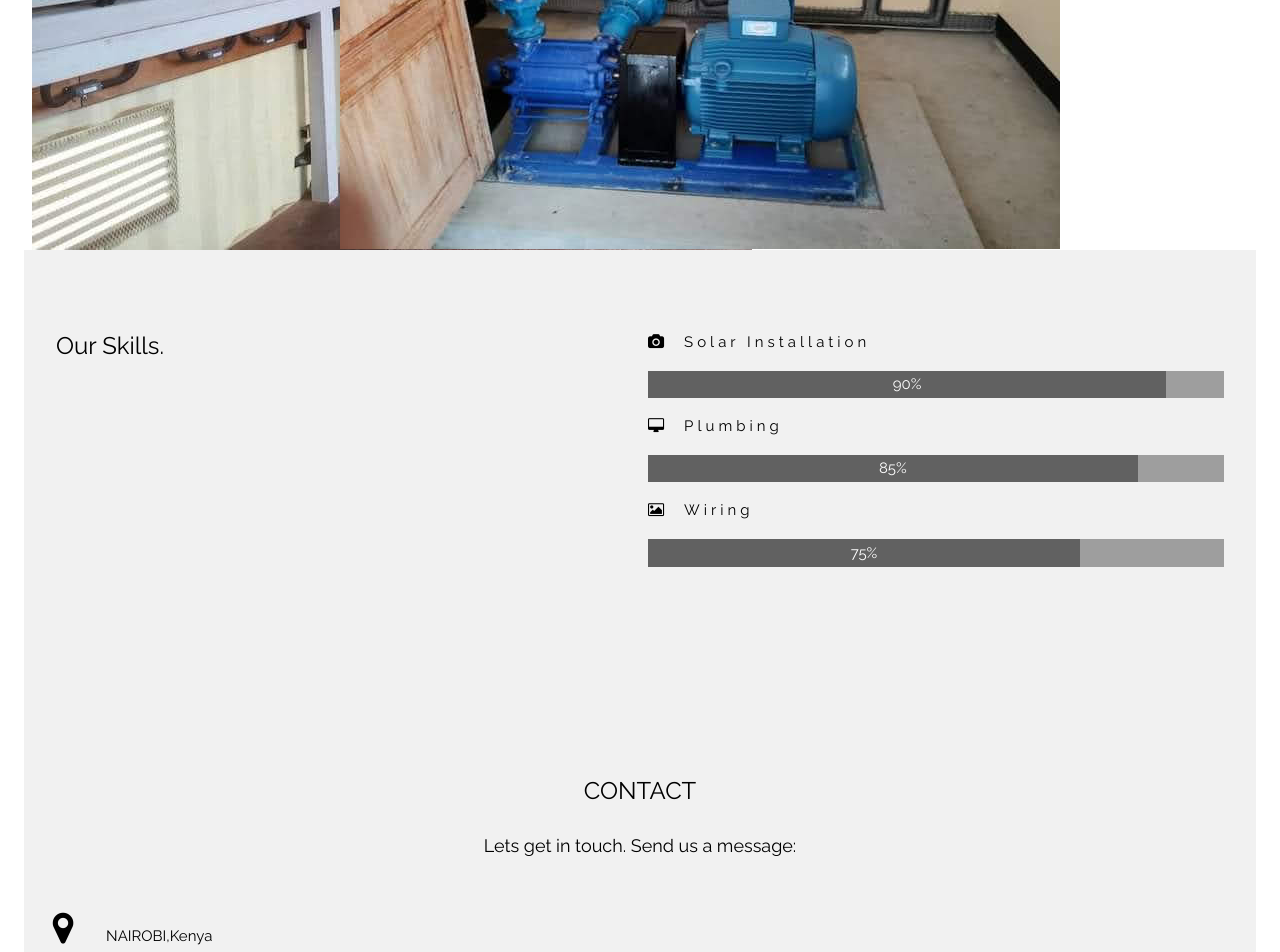
Repository: peterclermy232/LAZCOM
Page: index.html
The author's editor kept a copy of each file at every save. The page is drawn from the files as they stood at one save, then again after the next save.
The browser window is 1280 px wide. The pictures show the part of the page from y = 4359 to 5311 px (the page is 6598 px tall before and 8494 px after).
A picture or video elsewhere on the page could not be fetched, so the positions and the page height are approximate.

Above is the page before, as saved 2022-06-23 08:36:39.

### index.html
<!DOCTYPE html>
<html>
<head>
<title>LAZCOM SOLAR AND ELECTRICALS SERVICES</title>
<meta charset="UTF-8">
<meta name="viewport" content="width=device-width, initial-scale=1">
<link rel="stylesheet" href="https://www.w3schools.com/w3css/4/w3.css">
<link rel="stylesheet" href="https://fonts.googleapis.com/css?family=Raleway">
<link rel="stylesheet" href="https://cdnjs.cloudflare.com/ajax/libs/font-awesome/4.7.0/css/font-awesome.min.css">
<style>
body,h1,h2,h3,h4,h5,h6 {font-family: "Raleway", sans-serif}

body, html {
  height: 100%;
  line-height: 1.8;
}

/* Full height image header */
.bgimg-1 {
  background-position: center;
  background-size: cover;
  background-image: url("images/sunsolar.jpeg");
  min-height: 100%;
}

.w3-bar .w3-button {
  padding: 16px;
}
</style>
</head>
<body>

<!-- Navbar (sit on top) -->
<div class="w3-top">
  <div class="w3-bar w3-white w3-card" id="myNavbar">

    <a href="#home" class="w3-bar-item w3-button w3-wide">
        <img src="images/images.png" alt="" style="width: 45%;">
    </a>
    <!-- Right-sided navbar links -->
    <div class="w3-right w3-hide-small">
      <a href="#about" class="w3-bar-item w3-button">ABOUT</a>
      <a href="#team" class="w3-bar-item w3-button"><i class="fa fa-user"></i> REFERENCES</a>
      <a href="#work" class="w3-bar-item w3-button"><i class="fa fa-th"></i> WORK</a>
      <!--<a href="#pricing" class="w3-bar-item w3-button"><i class="fa fa-usd"></i> PRICING</a>-->
      <a href="#contact" class="w3-bar-item w3-button"><i class="fa fa-envelope"></i> CONTACT</a>
    </div>
    <!-- Hide right-floated links on small screens and replace them with a menu icon -->

    <a href="javascript:void(0)" class="w3-bar-item w3-button w3-right w3-hide-large w3-hide-medium" onclick="w3_open()">
      <i class="fa fa-bars"></i>
    </a>
  </div>
</div>

<!-- Sidebar on small screens when clicking the menu icon -->
<nav class="w3-sidebar w3-bar-block w3-black w3-card w3-animate-left w3-hide-medium w3-hide-large" style="display:none" id="mySidebar">
  <a href="javascript:void(0)" onclick="w3_close()" class="w3-bar-item w3-button w3-large w3-padding-16">Close ×</a>
  <a href="#about" onclick="w3_close()" class="w3-bar-item w3-button">ABOUT</a>
  <a href="#team" onclick="w3_close()" class="w3-bar-item w3-button">REFERENCES</a>
  <a href="#work" onclick="w3_close()" class="w3-bar-item w3-button">WORK</a>
  <!--<a href="#pricing" onclick="w3_close()" class="w3-bar-item w3-button">PRICING</a>-->
  <a href="#contact" onclick="w3_close()" class="w3-bar-item w3-button">CONTACT</a>
</nav>

<!-- Header with full-height image -->
<header class="bgimg-1 w3-display-container w3-grayscale-min" id="home">
  <div class="w3-display-left w3-text-white" style="padding:48px">
    <span class="w3-jumbo w3-hide-small" style="color: green;">Services beyond you expectations</span><br>
    <span class="w3-xxlarge w3-hide-large w3-hide-medium">Start something that matters</span><br>
    <span class="w3-large">Lazcom is here to help you stay in a well ventilate house.</span>
    <p><a href="#about" class="w3-button w3-white w3-padding-large w3-large w3-margin-top w3-opacity w3-hover-opacity-off">Learn more and start today</a></p>
  </div>
  <div class="w3-display-bottomleft w3-text-grey w3-large" style="padding:24px 48px">

</header>

<!-- About Section -->
<div class="w3-container" style="padding:128px 16px" id="about">
  <h3 class="w3-center">ABOUT THE COMPANY</h3>
  <p class="w3-center w3-large">Key features of our company</p>
  <div class="w3-row-padding w3-center" style="margin-top:64px">
    <h3 style="text-align: center;">COMPANY PROFILE</h3>
<p>Lazcom Solar and Electrical Services Limited is a Company registered in Kenya
    in accordance to chap. 486 of Company’s act. Started in 2009 as a sole
    proprietorship, Lazcom Solar has grown in customer base and service and it
    was then registered as a Limited Company in Kenya in 2013.
    We
    specialize
    in
    design,
    selection,
    purchase,
    servicing,
    maintenance,
    replacement, installation, testing and commissioning of all types of green
    energy solutions up to and including solar water heating system, power back up
    systems,Borehole drilling and Equiping, solar water pump installation and to
    carry on business as consultants, advisers and service providers in respect of</p>
</div>
    <div class="">

      <p class="w3-large">Visson</p>
      <p>To be a leading alternative energy solutions provider by offering affordable and
        environmental friendly green energy solar solutions beyond the expectations of
        our clients.</p>
    </div>
    <div class="" style="margin: auto;">

      <p class="w3-large">Mission</p>
      <p>To satisfy our customers by offering efficient, effective, environmental friendly
        and affordable electric light, heating and power supplies using the latest
        technology and state of the art equipment for both commercial and residential
        use in accordance to our clients' needs.</p>
    </div>
</div>
    <div class="image">

        <p style="text-align: center;">Values</p>
        <p style="text-align: center;">Our Values Define our Being:</p>
        <div class="fakeimg">
            <ul>
              <li>We accept that challenges make us stronger and we enjoy the satisfaction of a
                job well done. We take action, make things real, work smart, have fun, and
                maintain a positive outlook in all things we do.</li>
              <li>We lead by example and use honesty, integrity, and open communications in all
                of our interactions.</li>
              <li>We strive to continually grow and improve as individuals, as a team, and as a
                company.</li>
              <li>We maintain a cost conscious attitude, promote increased efficiency, and
                ensure quality, which leads to a competitive edge in the marketplace.</li>
              <li>Sustainability and environmental stewardship through alternative energy
                sources and renewable energy systems is the core of our business, not only in
                our products and services we offer, but also the way we operate.</li>
              <li>We achieve customer satisfaction by honoring our commitments, exceeding
                expectations, and providing the highest quality products and service.</li>
            </ul>
          </div>
      </div>
</div>

<!-- Promo Section - "We know design" -->
<div class="w3-container w3-light-grey" style="padding:128px 16px">
  <div class="w3-row-padding">
    <div class="w3-col m6">
      <p><a href="#work" class="w3-button w3-black"><i class="fa fa-th"> </i> View Our Works</a></p>
    </div>
    <div class="w3-col m6">
      <img class="w3-image w3-round-large" src="images/metal.jpeg" alt="Buildings" width="700" height="394">
    </div>
    <div class="w3-col m6">

      <img class="w3-image w3-round-large" src="images/tank.jpeg" alt="Buildings" width="700" height="394">
    </div>
    <div class="w3-col m6">

      <img class="w3-image w3-round-large" src="images/person2.jpeg" alt="Buildings" width="700" height="394">
    </div>
  </div>
</div>

<!-- Team Section -->
<!-- Promo Section "Statistics" -->
<div class="w3-container w3-row w3-center w3-dark-grey w3-padding-64">
  <div class="w3-quarter">
    <span class="w3-xxlarge">14+</span>
    <br>Partners
  </div>
  <div class="w3-quarter">
    <span class="w3-xxlarge">55+</span>
    <br>Projects Done
  </div>
  <div class="w3-quarter">
    <span class="w3-xxlarge">89+</span>
    <br>Happy Clients
  </div>
  <div class="w3-quarter">
    <span class="w3-xxlarge">150+</span>
    <br>Meetings
  </div>
</div>

<!-- Work Section -->
<div class="w3-container" style="padding:128px 16px" id="work">
  <h3 class="w3-center">OUR WORK</h3>
  <p class="w3-center w3-large">WHAT WE DO</p>

  <div class="w3-row-padding" style="margin-top:64px">
    <div class="w3-col l3 m6">
      <div class="w3-quarter">
        <img src="images/person1.jpeg" alt="">
      </div>

    </div>
   <!-- <div class="w3-col l3 m6">
      <div class="w3-quarter">
        <img src="images/person2.jpeg" alt="">
      </div>
    </div>
    -->
    <div class="w3-col l3 m6">
      <div class="w3-quarter">
        <img src="images/machine.jpeg" alt="">
      </div>
    </div>
  </div>
  <div class="w3-row-padding">
     <!-- <div class="w3-col l3 m6">
    <div class="w3-quarter">
      <img src="images/person2.jpeg" alt="">
    </div>
  </div>

  </div>

  <div class="w3-row-padding" style="margin-top:64px">
    <div class="w3-col l3 m6">
        <ol>
            <li>Designs, installations and Maintainance.</li>
            <li>Solar energy(lighting,water heating,pumping and street lighting)</li>
            <li>Power back-up system installation and maintainance</li>
            <li>Service and maintainance contracts</li>
            <li>Water pumps and Borehole services(Drilling and Equiping).</li>
            <li>General electrical designs and installations.</li>
            <li>Swimming pool design,installation and maintainance.</li>
          </ol>
    </div>
    <div class="w3-col l3 m6">
        <ol>
            <h3>We supply and install:</h3>
            <div>
              <li>Solar panels</li>
              <li>Generators</li>
              <li>Solar batteries</li>
              <li>Water pumps</li>
              <li>Inverters</li>
              <li>Electrical and plumbling</li>
              <li>Solar water heating systems</li>
              <li>Wiring</li>
              </div>
        </ol>
    </div>
    <div class="w3-col l3 m6">
        <h5>P.V application</h5>
        <ol>
          <li>Household appliances e.g. TVs, radio, home theatre, laptops etc</li>
          <li>Water pumping for small scale remote irrigation, stock watering and
            residential use.</li>
          <li>Lighting for residential needs, billboards, security, street lights, parking
            lots, pathways and schools.</li>
          <li>Refrigeration for medical and recreational uses.</li>
        </ol>
    </div>
    <div class="w3-col l3 m6">
        <p>Advantages of solar lighting</p>
  <ol>
    <li>Reliability</li>
    <li>Low operating costs</li>
    <li>Low environmental pollution</li>
    <li>Stand alone capability</li>
    <li>Portability</li>
    <li>Modularity</li>
    <li>Safety</li>
    <li>Ease of installation</li>
  </ol>
    </div>
  </div>

  <div class="w3-row-padding w3-section">
    <div class="w3-col l3 m6">
        <ol class=" flex-column">
            <h6><b>Solar powered water pumping systems (diagrams/pictures)</b></h6>
            <li class="nav-item">
              Grundfos -borehole applications
            </li>
            <li class="nav-item">
              Lorentzs pumps- for shallow wells,boreholes and booster applicati
            </li>
            <li class="nav-item">
              Dayliff pumps- shallow wells,surface and borehole pumps
            </li>
            <li class="nav-item">
              Solar security light
            </li>
            <li class="nav-item">
              Solar powered lanterns
            </li>
            <li class="nav-item">
              Solar garden lights
            </li>
            <li class="nav-item">
              Solar cell phone charger
            </li>
            <li class="nav-item">
              LED bulbs
            </li>
          </ol>
    </div>
    <div class="w3-col l3 m6">
        <p>Advantages of solar water system</p>
        <ol>
          <li>Energy Saving</li>
          <li>Use of free solar energy hence reduction of power bills.</li>
          <li>24 hours hot water</li>
          <li>Long life span-over 20 years</li>
          <li>Maintenance free system</li>
        </ol>
    </div>
    <div class="w3-col l3 m6">
        <p>Advantages of power backup systems</p>
        <ol>
          <li>Standby power in the event of main’s failure</li>
          <li>Alternative to generators which are expensive to maintain and fuel</li>
          <li>Instant and automatic changeover when the mains power fails</li>
          <li>Totally silent and non-polluting operation</li>
          <li>Very low running costs-just the power to charge the batteries</li>
        </ol>
    </div>
    <div class="w3-col l3 m6">
      <img src="/w3images/tech_tableturner.jpg" style="width:100%" onclick="onClick(this)" class="w3-hover-opacity" alt="A tableturner">
    </div>
  </div>
</div>

<!-- Modal for full size images on click-->
<div id="modal01" class="w3-modal w3-black" onclick="this.style.display='none'">
  <span class="w3-button w3-xxlarge w3-black w3-padding-large w3-display-topright" title="Close Modal Image">×</span>
  <div class="w3-modal-content w3-animate-zoom w3-center w3-transparent w3-padding-64">
    <img id="img01" class="w3-image">
    <p id="caption" class="w3-opacity w3-large"></p>
  </div>
</div>

<!-- Skills Section -->
<div class="w3-container w3-light-grey w3-padding-64">
  <div class="w3-row-padding">
    <div class="w3-col m6">
      <h3>Our Skills.</h3>
    <!--  <p>Lorem ipsum dolor sit amet, consectetur adipiscing elit, sed do eiusmod<br>
      tempor incididunt ut labore et dolore.</p>
      <p>Lorem ipsum dolor sit amet, consectetur adipiscing elit, sed do eiusmod<br>
      tempor incididunt ut labore et dolore.</p>
      -->
    </div>
    <div class="w3-col m6">
      <p class="w3-wide"><i class="fa fa-camera w3-margin-right"></i>Solar Installation</p>
      <div class="w3-grey">
        <div class="w3-container w3-dark-grey w3-center" style="width:90%">90%</div>
      </div>
      <p class="w3-wide"><i class="fa fa-desktop w3-margin-right"></i>Plumbing</p>
      <div class="w3-grey">
        <div class="w3-container w3-dark-grey w3-center" style="width:85%">85%</div>
      </div>
      <p class="w3-wide"><i class="fa fa-photo w3-margin-right"></i>Wiring</p>
      <div class="w3-grey">
        <div class="w3-container w3-dark-grey w3-center" style="width:75%">75%</div>
      </div>
    </div>
  </div>
</div>

<!-- Pricing Section
<div class="w3-container w3-center w3-dark-grey" style="padding:128px 16px" id="pricing">
  <h3>PRICING</h3>
  <p class="w3-large">Choose a pricing plan that fits your needs.</p>
  <div class="w3-row-padding" style="margin-top:64px">
    <div class="w3-third w3-section">
      <ul class="w3-ul w3-white w3-hover-shadow">
        <li class="w3-black w3-xlarge w3-padding-32">Basic</li>
        <li class="w3-padding-16"><b>10GB</b> Storage</li>
        <li class="w3-padding-16"><b>10</b> Emails</li>
        <li class="w3-padding-16"><b>10</b> Domains</li>
        <li class="w3-padding-16"><b>Endless</b> Support</li>
        <li class="w3-padding-16">
          <h2 class="w3-wide">$ 10</h2>
          <span class="w3-opacity">per month</span>
        </li>
        <li class="w3-light-grey w3-padding-24">
          <button class="w3-button w3-black w3-padding-large">Sign Up</button>
        </li>
      </ul>
    </div>
    <div class="w3-third">
      <ul class="w3-ul w3-white w3-hover-shadow">
        <li class="w3-red w3-xlarge w3-padding-48">Pro</li>
        <li class="w3-padding-16"><b>25GB</b> Storage</li>
        <li class="w3-padding-16"><b>25</b> Emails</li>
        <li class="w3-padding-16"><b>25</b> Domains</li>
        <li class="w3-padding-16"><b>Endless</b> Support</li>
        <li class="w3-padding-16">
          <h2 class="w3-wide">$ 25</h2>
          <span class="w3-opacity">per month</span>
        </li>
        <li class="w3-light-grey w3-padding-24">
          <button class="w3-button w3-black w3-padding-large">Sign Up</button>
        </li>
      </ul>
    </div>
    <div class="w3-third w3-section">
      <ul class="w3-ul w3-white w3-hover-shadow">
        <li class="w3-black w3-xlarge w3-padding-32">Premium</li>
        <li class="w3-padding-16"><b>50GB</b> Storage</li>
        <li class="w3-padding-16"><b>50</b> Emails</li>
        <li class="w3-padding-16"><b>50</b> Domains</li>
        <li class="w3-padding-16"><b>Endless</b> Support</li>
        <li class="w3-padding-16">
          <h2 class="w3-wide">$ 50</h2>
          <span class="w3-opacity">per month</span>
        </li>
        <li class="w3-light-grey w3-padding-24">
          <button class="w3-button w3-black w3-padding-large">Sign Up</button>
        </li>
      </ul>
    </div>
  </div>
</div>-->

<!-- Contact Section -->
<div class="w3-container w3-light-grey" style="padding:128px 16px" id="contact">
  <h3 class="w3-center">CONTACT</h3>
  <p class="w3-center w3-large">Lets get in touch. Send us a message:</p>
  <div style="margin-top:48px">
    <p><i class="fa fa-map-marker fa-fw w3-xxlarge w3-margin-right"></i> NAIROBI,Kenya</p>
    <p><i class="fa fa-phone fa-fw w3-xxlarge w3-margin-right"></i> Phone: +2547724394458 or +254753532902</p>
    <p><i class="fa fa-envelope fa-fw w3-xxlarge w3-margin-right"> </i> Email: lazkomsolar@gmail.com</p>
    <br>
  <!--  <form action="/action_page.php" target="_blank">
      <p><input class="w3-input w3-border" type="text" placeholder="Name" required name="Name"></p>
      <p><input class="w3-input w3-border" type="text" placeholder="Email" required name="Email"></p>
      <p><input class="w3-input w3-border" type="text" placeholder="Subject" required name="Subject"></p>
      <p><input class="w3-input w3-border" type="text" placeholder="Message" required name="Message"></p>
      <p>
        <button class="w3-button w3-black" type="submit">
          <i class="fa fa-paper-plane"></i> SEND MESSAGE
        </button>
      </p>
    </form>
  -->
    <!-- Image of location/map
    <img src="/w3images/map.jpg" class="w3-image w3-greyscale" style="width:100%;margin-top:48px">
    -->

  </div>
</div>
<div class="w3-container" style="padding:128px 16px" id="team">
    <h3 class="w3-center">REFERENCES:</h3>
    <p class="w3-center w3-large">The ones who we have worked For</p>
    <div class="w3-row-padding w3-grayscale" style="margin-top:64px">
      <div class="w3-col l3 m6 w3-margin-bottom">
          <div class="w3-container">

              <li style="color:red">Loreto srs....Maryward cent
                ...contact..0720953022</li>
            <p>Solar hot water systems...12no.units</p>
            <p>Borehole services</p>
            <p>Generator services</p>
            </li>
          </div>

      </div>
      <div class="w3-col l3 m6 w3-margin-bottom">

          <div class="w3-container">
            <li style="color:red">missionaries of Africa....Contact..
                0718080276</li>
                <p>Solar hot water systems....3units</p>
                <p>Inverter systems....5kw system.</p>
            </li>
          </div>

      </div>
      <div class="w3-col l3 m6 w3-margin-bottom">
          <div class="w3-container">
            <li style="color:red"> Consolata sisters:......
                contact:sr.karthy....0712588471</li>
                <p>Solar hot water systems...6units.</p>
                <p>Borehole services...2no.borehole.</p>
            </li>
          </div>

      </div>
      <div class="w3-col l3 m6 w3-margin-bottom">
          <div class="w3-container">
            <li style="color:red">Hekima University college............Contact:Fr.Elius..0720836944</li>
            <p>Solar hot water systems......8units.</p>
            <p>Borehole services....1no.</p>
            <p>Generator services.</p>
            </li>
          </div>

      </div>
    </div>
  </div>


<!-- Footer -->
<footer class="w3-center w3-black w3-padding-64">
  <a href="#home" class="w3-button w3-light-grey"><i class="fa fa-arrow-up w3-margin-right"></i>To the top</a>
  <div class="w3-xlarge w3-section">
    <i class="fa fa-facebook-official w3-hover-opacity"></i>
    <i class="fa fa-instagram w3-hover-opacity"></i>
    <i class="fa fa-snapchat w3-hover-opacity"></i>
    <i class="fa fa-pinterest-p w3-hover-opacity"></i>
    <i class="fa fa-twitter w3-hover-opacity"></i>
    <i class="fa fa-linkedin w3-hover-opacity"></i>
  </div>
 <!--<p>Powered by <a href="https://www.w3schools.com/w3css/default.asp" title="W3.CSS" target="_blank" class="w3-hover-text-green">w3.css</a></p>-->
</footer>

<script>
// Modal Image Gallery
function onClick(element) {
  document.getElementById("img01").src = element.src;
  document.getElementById("modal01").style.display = "block";
  var captionText = document.getElementById("caption");
  captionText.innerHTML = element.alt;
}


// Toggle between showing and hiding the sidebar when clicking the menu icon
var mySidebar = document.getElementById("mySidebar");

function w3_open() {
  if (mySidebar.style.display === 'block') {
    mySidebar.style.display = 'none';
  } else {
    mySidebar.style.display = 'block';
  }
}

// Close the sidebar with the close button
function w3_close() {
    mySidebar.style.display = "none";
}
</script>

</body>
</html>

After the next save:
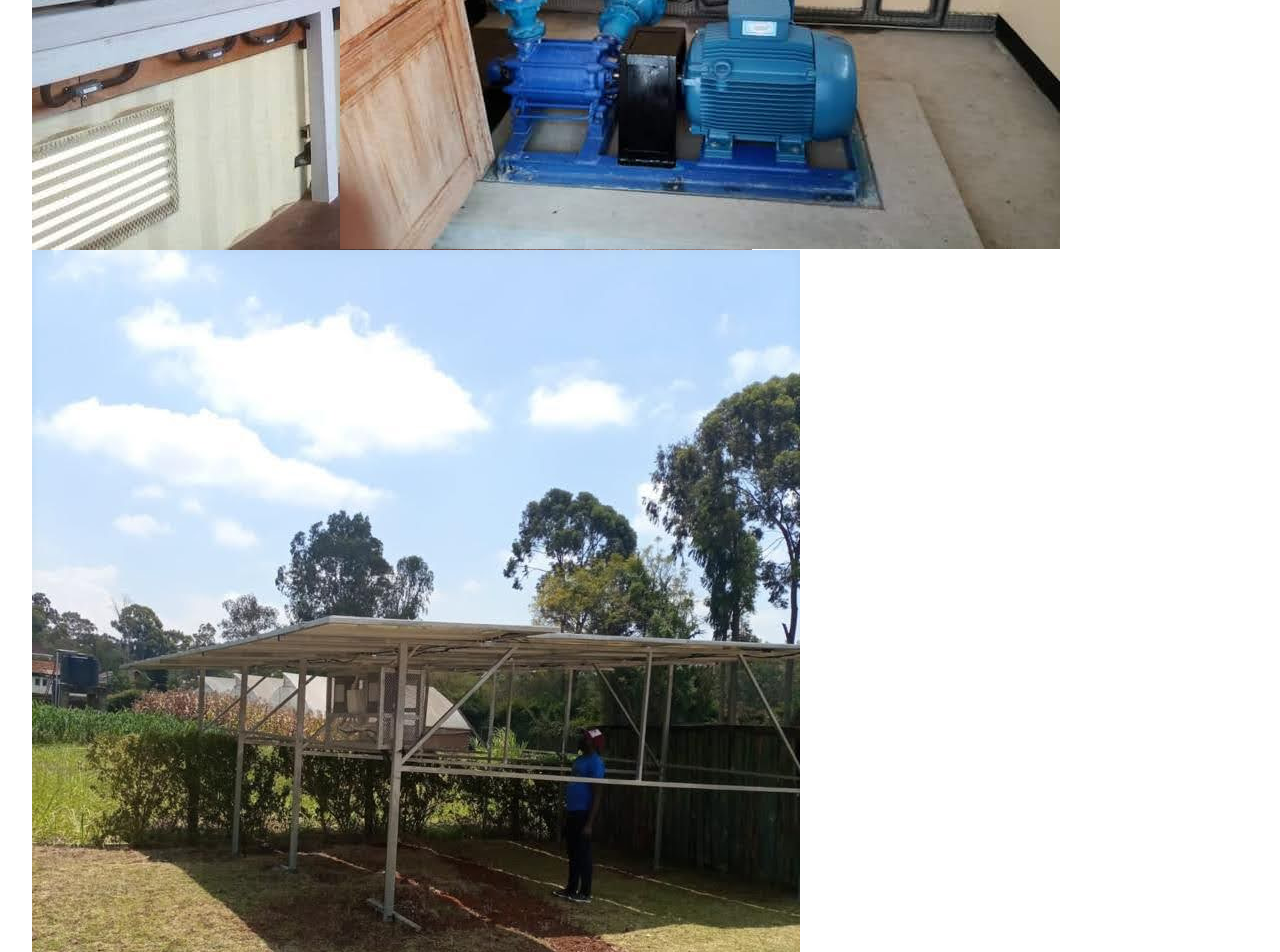
Saved 6 s later.
--- a/index.html
+++ b/index.html
@@ -205,7 +205,7 @@ body, html {
     </div>
   </div>
   <div class="w3-row-padding">
-     <!-- <div class="w3-col l3 m6">
+     <div class="w3-col l3 m6">
     <div class="w3-quarter">
       <img src="images/person2.jpeg" alt="">
     </div>
